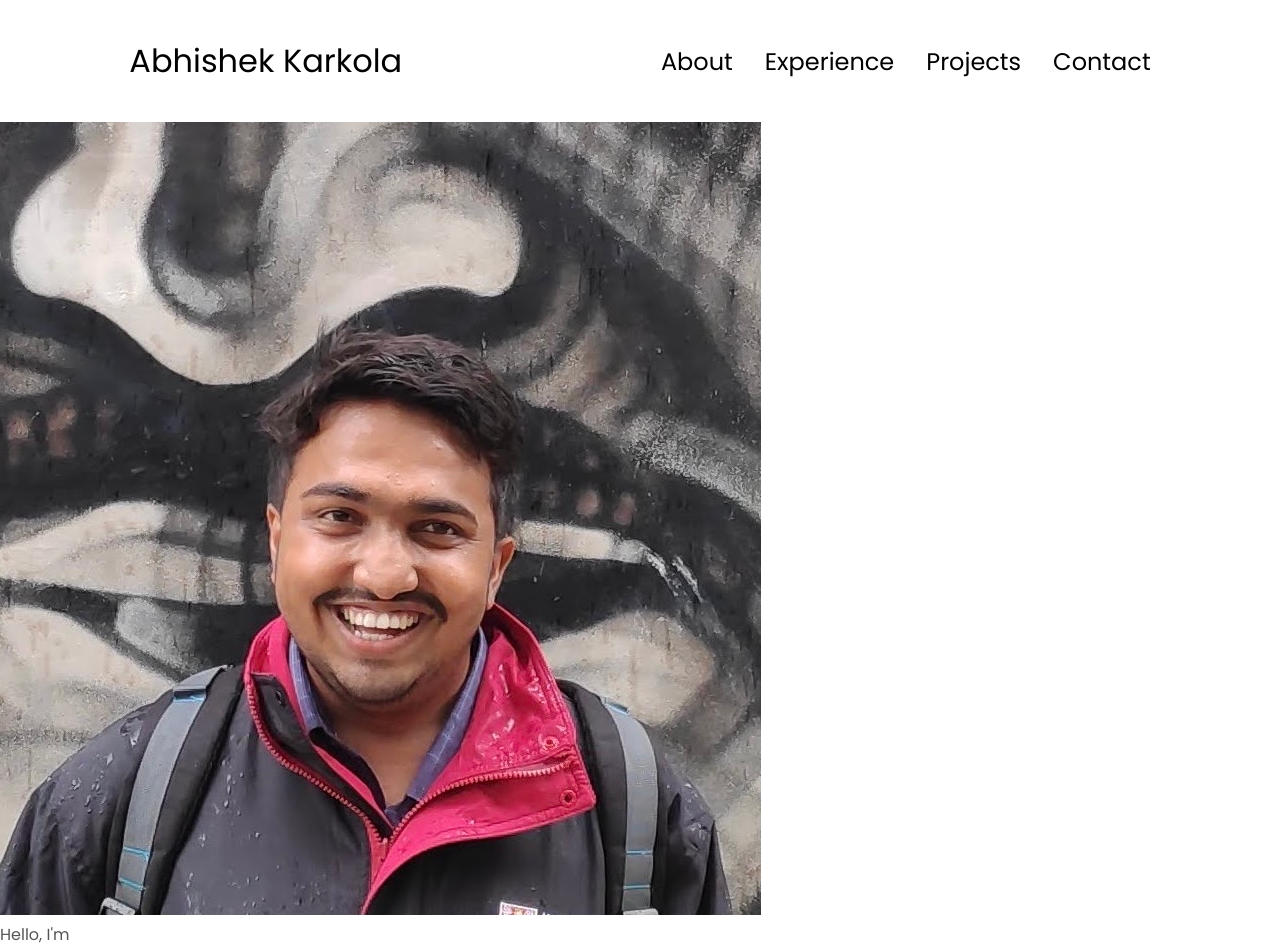
Repository: APersonalVoyage/APersonalVoyage.github.io
Page: index.html
These files come from the project's save history. The page is drawn as it stood at one moment and after the next save; the edit follows.
The browser window is 1280 px wide. The pictures show the part of the page from y = 0 to 952 px (the page is 1551 px tall before and 1580 px after).
A picture or video elsewhere on the page could not be fetched, so the positions and the page height are approximate.

Above is the page before, as saved 2023-08-23 18:39:07.

After the next save:
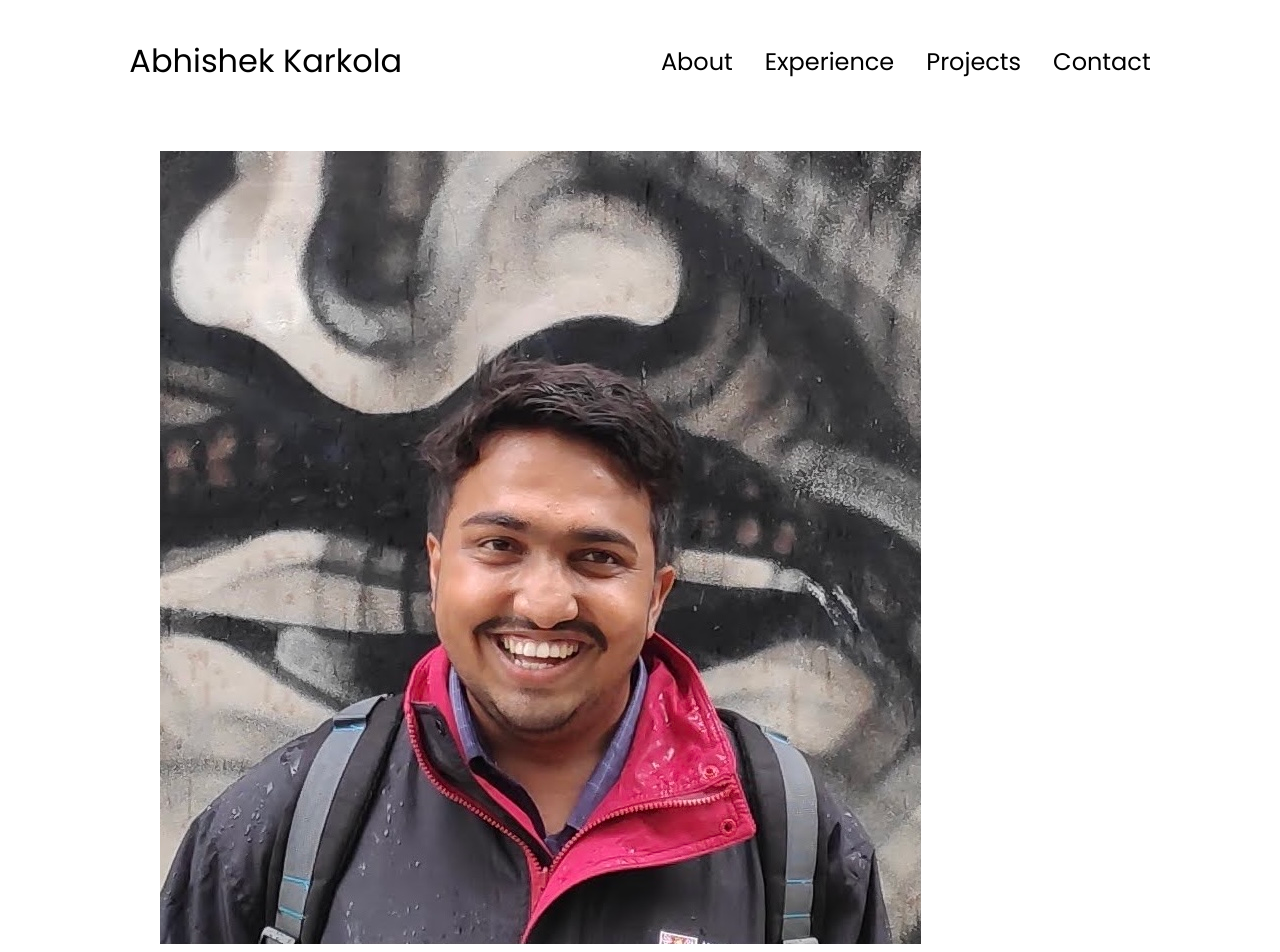
Saved 2 min 50 s later.
--- a/style.css
+++ b/style.css
@@ -145,3 +145,17 @@ a:hover {
 .hamburger-icon span:first-child {
   transform: none;
 }
+
+/* Section */
+
+section{
+    padding-top: 4vh;
+    height: 96vh;
+    margin: 0 10rem;
+    box-sizing: border-box;
+    min-height: fit-content;
+}
+
+.section-container {
+  display: flex;
+}
